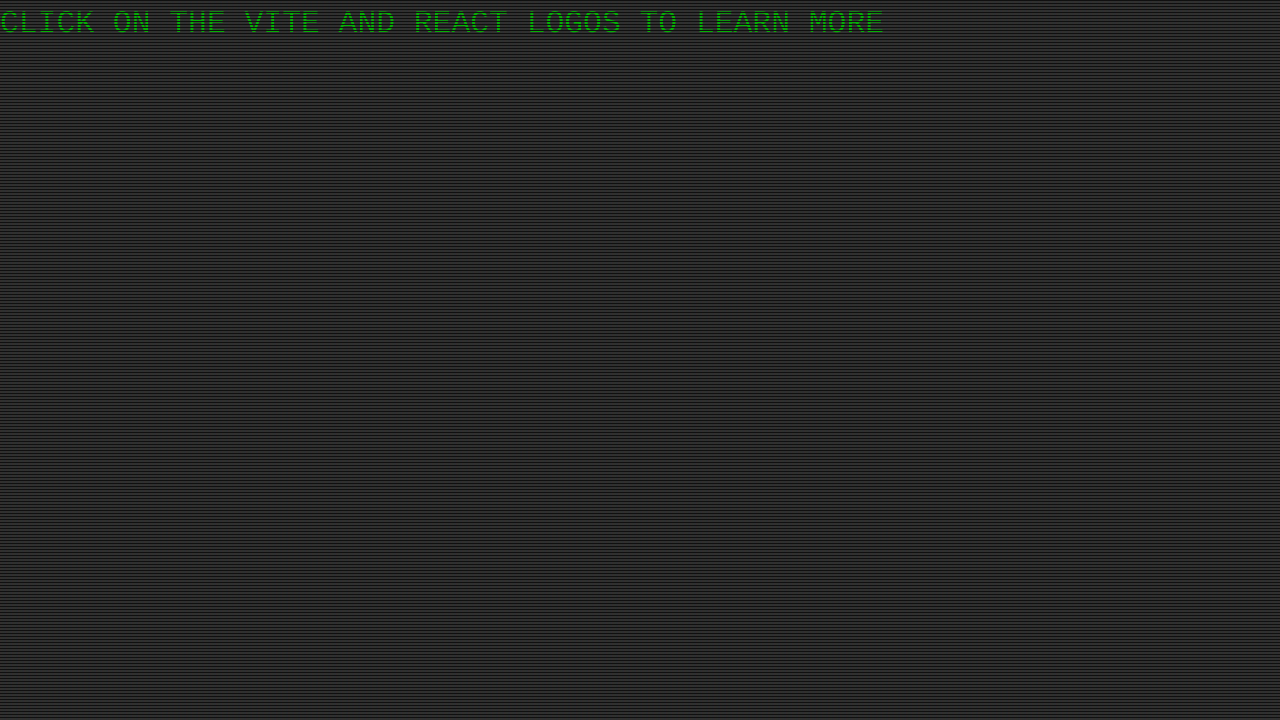
Repository: yezhonghu0503/hu-homepage
Page: /
An editor plug-in stored every save of this project. The page is shown before and after the next save, followed by the edit.
The browser window is 1280 px wide. The pictures show the whole page.
The project was rebuilt for these pictures with package versions that can differ from the ones it lists, and the page was loaded fresh each time. Also part of the build but not shown: vite.config.ts, src/App.css.

Above is the page before, as saved 2023-08-15 14:37:04.

After the next save:
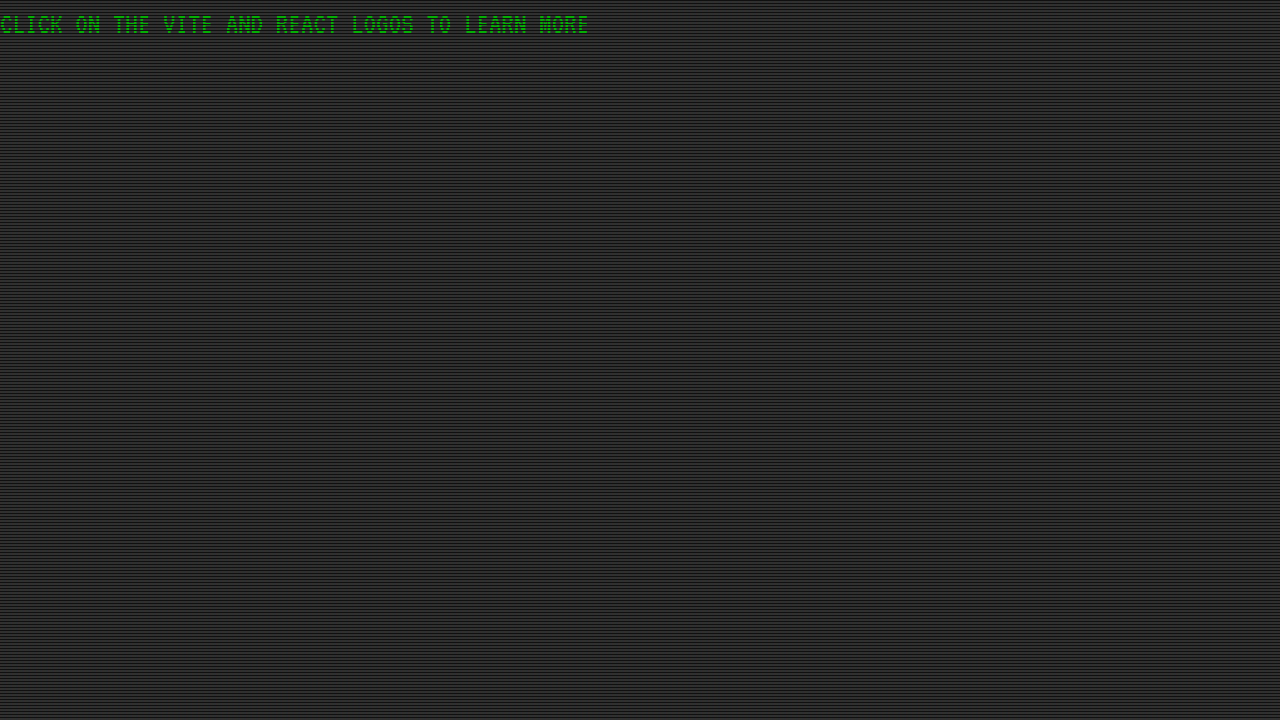
Saved 38 s later.
--- a/src/index.css
+++ b/src/index.css
@@ -1,7 +1,8 @@
+@import url(https://fonts.googleapis.com/css?family=VT323);
+
 @tailwind base;
 @tailwind components;
 @tailwind utilities;
-@import url(https://fonts.googleapis.com/css?family=VT323);
 
 @keyframes scroll {
   0% {
